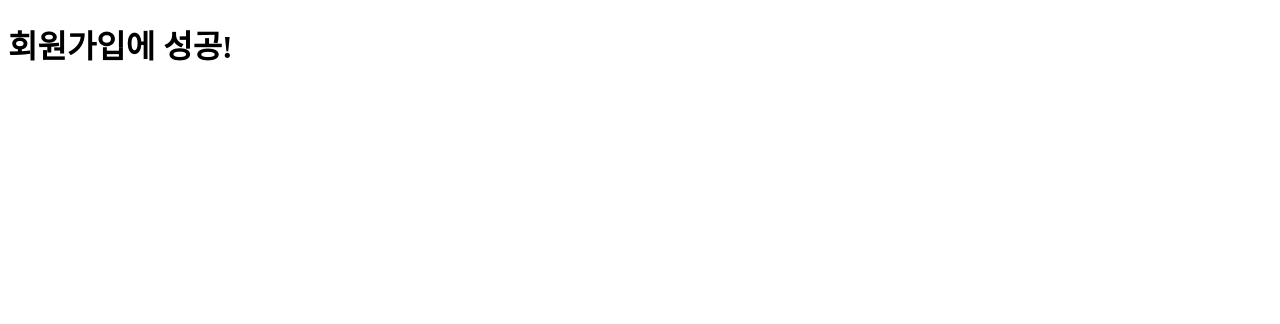
Repository: jibum1559/servlet-jsp-workspace
Page: http://localhost/join/register_success.jsp
These files come from the project's save history. The page is drawn as it stood at one moment and after the next save; the edit follows.
The browser window is 1280 px wide. The pictures show the whole page.
The page is served by Tomcat 9.

Above is the page before, as saved 2023-11-07 02:06:54.

After the next save:
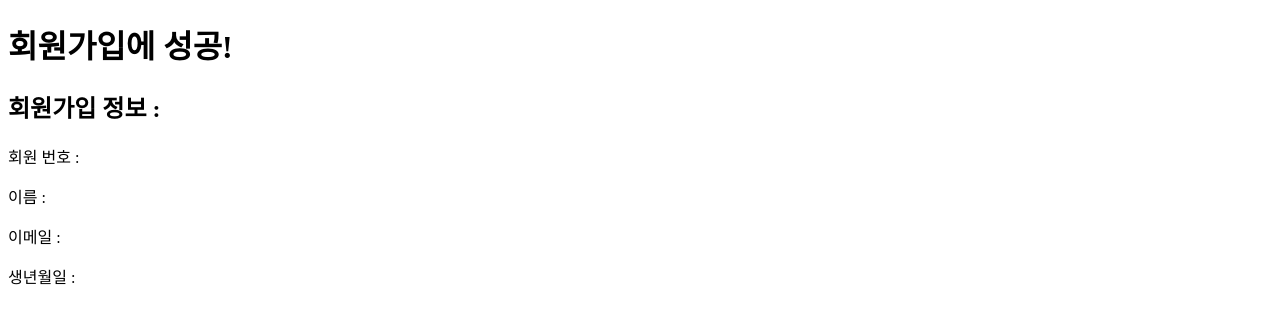
Saved 11 min 0 s later.
--- a/join/src/main/webapp/register_success.jsp
+++ b/join/src/main/webapp/register_success.jsp
@@ -8,5 +8,11 @@
 </head>
 <body>
 <h1>회원가입에 성공!</h1>
+<h2>회원가입 정보 : </h2>
+<p>회원 번호 : </p>
+<p>이름 : </p>
+<p>이메일 : </p>
+<p>생년월일 : </p>
+
 </body>
 </html>
